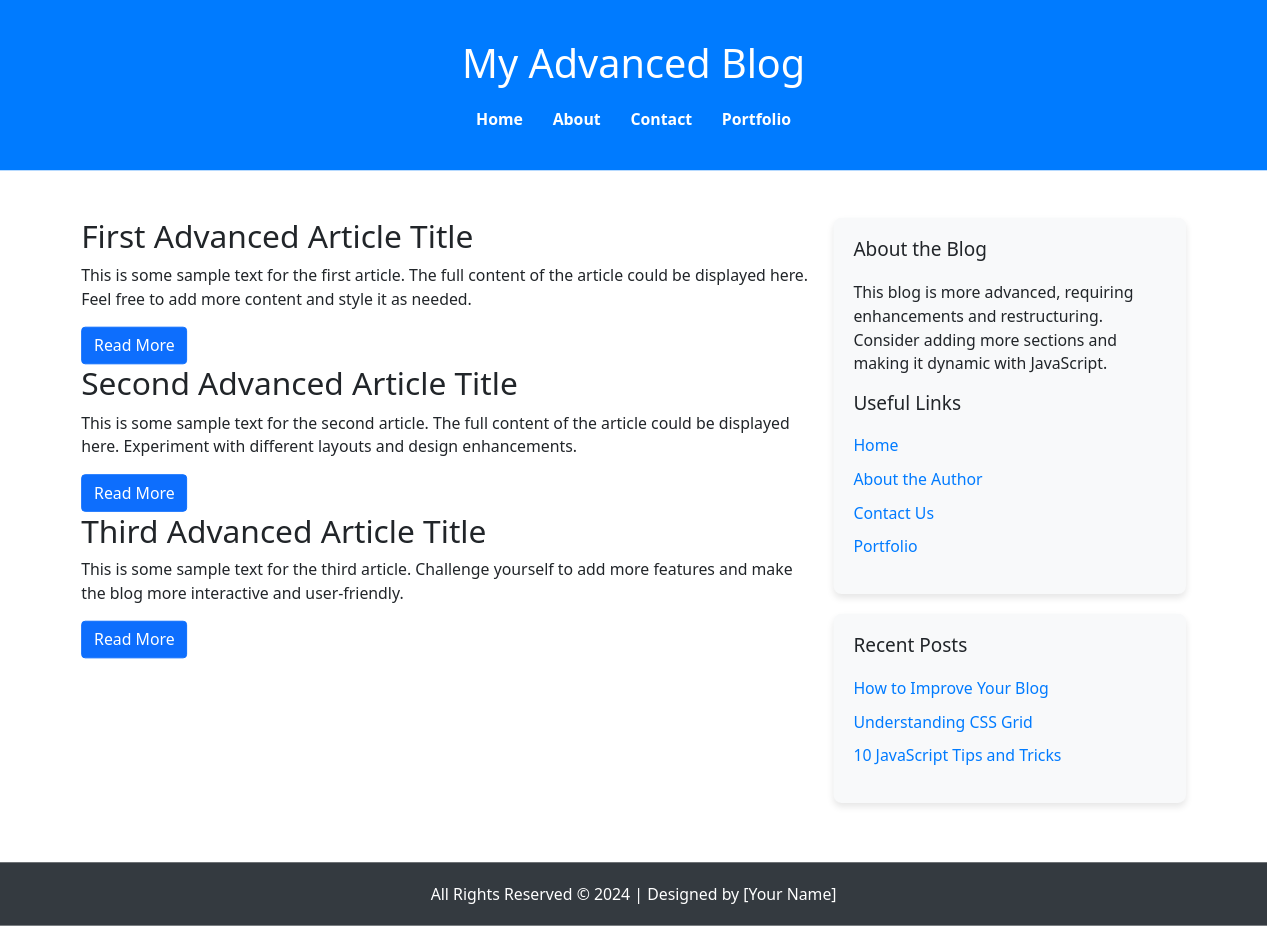
Repository: zeinawady/Blog-Code-Refactoring
Page: index.html
An editor plug-in stored every save of this project. The page is shown before and after the next save, followed by the edit.
The browser window is 1280 px wide. The pictures show the whole page, at 99% of full size.

Above is the page before, as saved 2024-09-23 13:50:17.

After the next save:
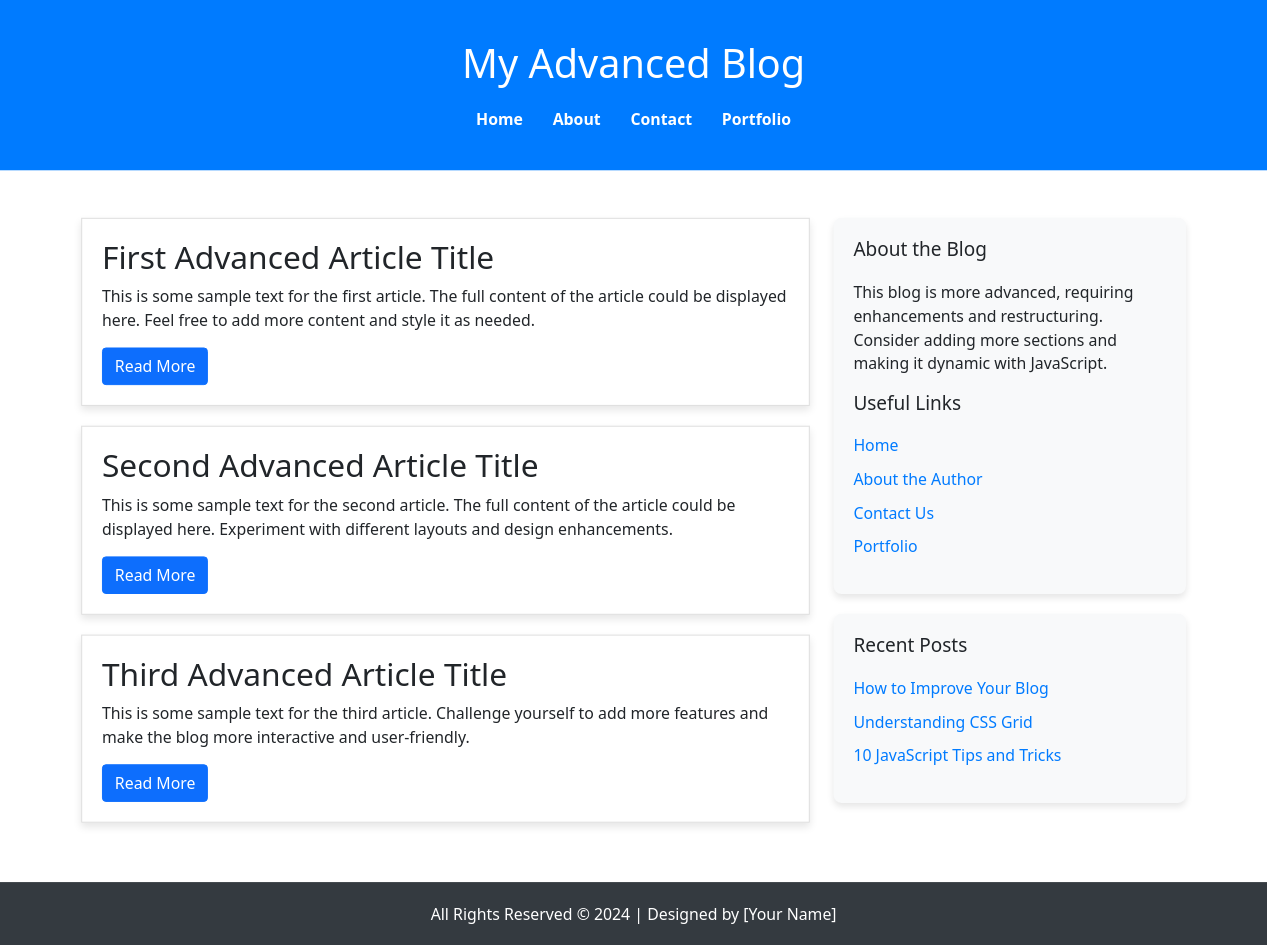
Saved 9 s later.
--- a/style.css
+++ b/style.css
@@ -33,7 +33,7 @@ body {
   nav a:hover {
     text-decoration: underline;
   }
-  .post {
+  article {
     border: 1px solid #ddd;
     margin-bottom: 20px;
     padding: 20px;
